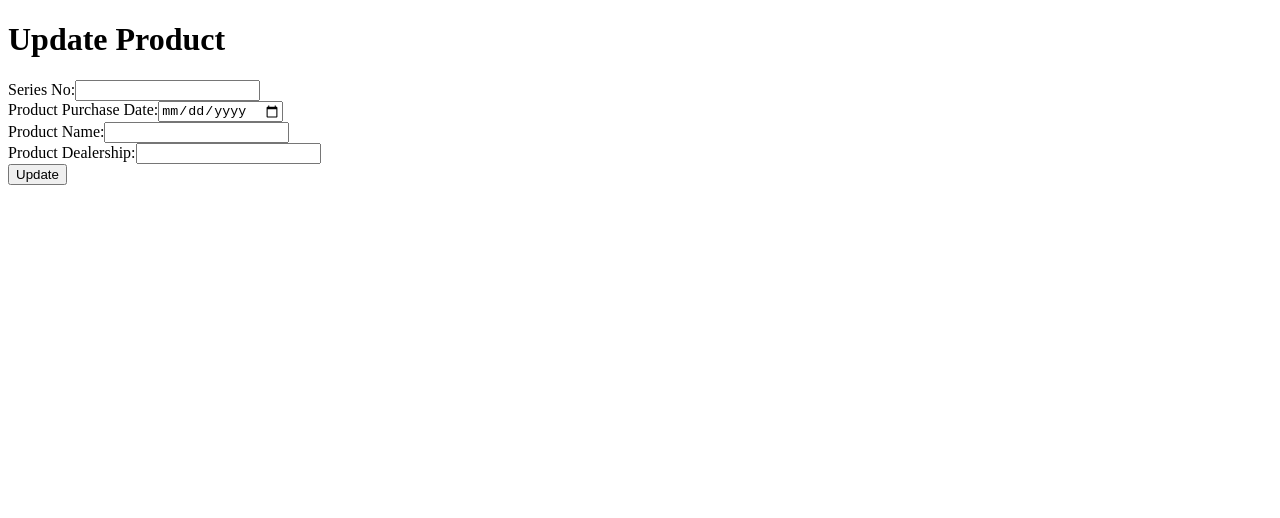
Repository: Sharathguru/Product_Task
Page: /update (app in Frontend/)
An editor plug-in stored every save of this project. The page is shown before and after the next save, followed by the edit.
The browser window is 1280 px wide. The pictures show the whole page.
The project was rebuilt for these pictures with package versions that can differ from the ones it lists, and the page was loaded fresh each time. Also part of the build but not shown: Frontend/vite.config.js, Frontend/src/index.css, Frontend/src/Components/Navbar.jsx, Frontend/src/Components/Home.jsx, Frontend/src/Pages/Insert.jsx, Frontend/src/Pages/Fetch.jsx, Frontend/src/Pages/Delete.jsx.

Above is the page before, as saved 2025-06-13 14:46:38.

### Frontend/src/App.jsx
import React from 'react'
import { BrowserRouter, Route, Routes } from 'react-router-dom'
import Home from './Components/Home'
import Insert from './Pages/Insert'
import Update from './Pages/Update'
import Fetch from './Pages/Fetch'
import Delete from './Pages/Delete'

const App = () => {
  return (
    <div>
      <BrowserRouter>
      <Routes>
        <Route path="/" element={<Home />} />
        <Route path="/insert" element={<Insert />} />
        <Route path="/update" element={<Update />} />
        <Route path="/fetch" element={<Fetch />} />
        <Route path="/delete" element={<Delete />} />
      </Routes>
        {/* <Route path="*" element={<h1>404 Not Found</h1>} /> */}
      </BrowserRouter>
    </div>
  )
}

export default App

### Frontend/src/Pages/Update.jsx
import React from "react";
import axios from "../axios/axios.js";

const Update = () => {
  const [seriesNo, setSeriesNo] = React.useState("");
  const [data, setData] = React.useState({
    Product_Purchase_Date: "",
    Product_Name: "",
    Product_Dealership: "",
  });
  const [message, setMessage] = React.useState("");

  const handleChange = (e) => {
    setData({ ...data, [e.target.name]: e.target.value });
  };

  const handleUpdate = async (e) => {
    e.preventDefault();
    setMessage("");
    try {
      await axios.put(`/user/${seriesNo}`, data);
      setMessage("Update successful!");
    } catch {
      setMessage("Update failed.");
    }
  };

  return (
    <div>
      <h1>Update Product</h1>
      {message && <p>{message}</p>}
      <form onSubmit={handleUpdate}>
        <div>
          <label>Series No:</label>
          <input
            type="text"
            value={seriesNo}
            onChange={(e) => setSeriesNo(e.target.value)}
            required
          />
        </div>
        <div>
          <label>Product Purchase Date:</label>
          <input
            type="date"
            name="Product_Purchase_Date"
            value={data.Product_Purchase_Date}
            onChange={handleChange}
          />
        </div>
        <div>
          <label>Product Name:</label>
          <input
            type="text"
            name="Product_Name"
            value={data.Product_Name}
            onChange={handleChange}
          />
        </div>
        <div>
          <label>Product Dealership:</label>
          <input
            type="text"
            name="Product_Dealership"
            value={data.Product_Dealership}
            onChange={handleChange}
          />
        </div>
        <button type="submit">Update</button>
      </form>
    </div>
  );
};

export default Update;

### Frontend/src/axios/axios.js
import axios from 'axios'

const instance = axios.create({
    baseURL: 'http://localhost:3000'
})
export default instance

Loaded but not shown: Frontend/index.html (common file); Frontend/src/main.jsx (common file)

After the next save:
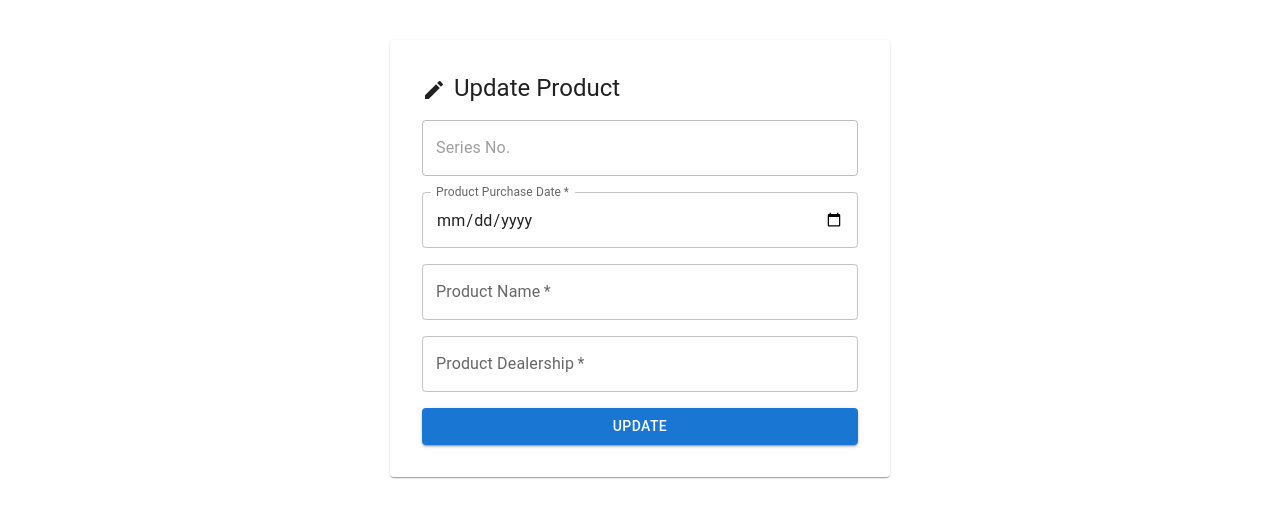
Saved 14 s later.
--- a/Frontend/src/Pages/Update.jsx
+++ b/Frontend/src/Pages/Update.jsx
@@ -1,14 +1,48 @@
 import React from "react";
 import axios from "../axios/axios.js";
+import { useLocation, useNavigate } from "react-router-dom";
+import {
+  Box,
+  Button,
+  Paper,
+  TextField,
+  Typography,
+  Stack,
+  Alert,
+} from "@mui/material";
+import EditIcon from "@mui/icons-material/Edit";
 
 const Update = () => {
-  const [seriesNo, setSeriesNo] = React.useState("");
+  const location = useLocation();
+  const navigate = useNavigate();
+  const [seriesNo, setSeriesNo] = React.useState(location.state?.seriesNo || "");
   const [data, setData] = React.useState({
     Product_Purchase_Date: "",
     Product_Name: "",
     Product_Dealership: "",
   });
   const [message, setMessage] = React.useState("");
+  const [error, setError] = React.useState("");
+
+  // Fetch existing data for the product
+  React.useEffect(() => {
+    const fetchProduct = async () => {
+      if (!seriesNo) return;
+      try {
+        const res = await axios.get(`/user?Series_No=${seriesNo}`);
+        if (res.data && res.data.length > 0) {
+          setData({
+            Product_Purchase_Date: res.data[0].Product_Purchase_Date,
+            Product_Name: res.data[0].Product_Name,
+            Product_Dealership: res.data[0].Product_Dealership,
+          });
+        }
+      } catch {
+        setError("Failed to fetch product data.");
+      }
+    };
+    fetchProduct();
+  }, [seriesNo]);
 
   const handleChange = (e) => {
     setData({ ...data, [e.target.name]: e.target.value });
@@ -17,58 +51,66 @@ const Update = () => {
   const handleUpdate = async (e) => {
     e.preventDefault();
     setMessage("");
+    setError("");
     try {
       await axios.put(`/user/${seriesNo}`, data);
       setMessage("Update successful!");
+      setTimeout(() => navigate("/"), 1000);
     } catch {
-      setMessage("Update failed.");
+      setError("Update failed.");
     }
   };
 
   return (
-    <div>
-      <h1>Update Product</h1>
-      {message && <p>{message}</p>}
-      <form onSubmit={handleUpdate}>
-        <div>
-          <label>Series No:</label>
-          <input
-            type="text"
-            value={seriesNo}
-            onChange={(e) => setSeriesNo(e.target.value)}
-            required
-          />
-        </div>
-        <div>
-          <label>Product Purchase Date:</label>
-          <input
-            type="date"
-            name="Product_Purchase_Date"
-            value={data.Product_Purchase_Date}
-            onChange={handleChange}
-          />
-        </div>
-        <div>
-          <label>Product Name:</label>
-          <input
-            type="text"
-            name="Product_Name"
-            value={data.Product_Name}
-            onChange={handleChange}
-          />
-        </div>
-        <div>
-          <label>Product Dealership:</label>
-          <input
-            type="text"
-            name="Product_Dealership"
-            value={data.Product_Dealership}
-            onChange={handleChange}
-          />
-        </div>
-        <button type="submit">Update</button>
-      </form>
-    </div>
+    <Box sx={{ maxWidth: 500, mx: "auto", mt: 5 }}>
+      <Paper sx={{ p: 4 }}>
+        <Typography variant="h5" mb={2}>
+          <EditIcon sx={{ mr: 1, verticalAlign: "middle" }} />
+          Update Product
+        </Typography>
+        <form onSubmit={handleUpdate}>
+          <Stack spacing={2}>
+            <TextField
+              label="Series No."
+              value={seriesNo}
+              disabled
+              fullWidth
+            />
+            <TextField
+              label="Product Purchase Date"
+              name="Product_Purchase_Date"
+              type="date"
+              value={data.Product_Purchase_Date}
+              onChange={handleChange}
+              required
+              InputLabelProps={{ shrink: true }}
+              fullWidth
+            />
+            <TextField
+              label="Product Name"
+              name="Product_Name"
+              value={data.Product_Name}
+              onChange={handleChange}
+              required
+              fullWidth
+            />
+            <TextField
+              label="Product Dealership"
+              name="Product_Dealership"
+              value={data.Product_Dealership}
+              onChange={handleChange}
+              required
+              fullWidth
+            />
+            <Button type="submit" variant="contained" color="primary">
+              Update
+            </Button>
+            {error && <Alert severity="error">{error}</Alert>}
+            {message && <Alert severity="success">{message}</Alert>}
+          </Stack>
+        </form>
+      </Paper>
+    </Box>
   );
 };
 
